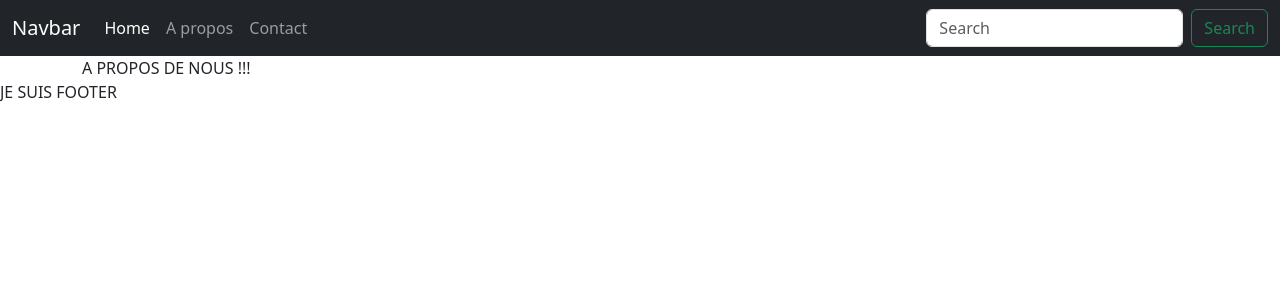
Repository: fabiocodedev/ExoJ2E
Page: http://localhost/j2e/vue/about.jsp
The author's editor kept a copy of each file at every save. The page is drawn from the files as they stood at one save, then again after the next save.
The browser window is 1280 px wide. The pictures show the whole page.
The page is served by Tomcat 9. Other server files are loaded and not shown.

Above is the page before, as saved 2023-03-07 10:01:47.

### j2e/src/main/webapp/vue/about.jsp
<%@ taglib uri="http://java.sun.com/jsp/jstl/core" prefix="c"%>
<%-- <c:import url="resume.jsp"></c:import>
<c:out value="${x }"></c:out> --%>
<c:import url="navbar/header.jsp"></c:import>

<div class="container">

	A PROPOS DE NOUS !!!

</div>

<c:import url="navbar/footer.jsp"></c:import>

### j2e/src/main/webapp/vue/navbar/header.jsp
<%@ page language="java" contentType="text/html; charset=UTF-8"
    pageEncoding="UTF-8"%>

<%@ taglib uri="http://java.sun.com/jsp/jstl/core" prefix="c"%>

<!DOCTYPE html>
<html>
<head>
<meta charset="UTF-8">
<title>Homepage</title>
<link href="https://cdn.jsdelivr.net/npm/bootstrap@5.3.0-alpha1/dist/css/bootstrap.min.css" rel="stylesheet" integrity="sha384-GLhlTQ8iRABdZLl6O3oVMWSktQOp6b7In1Zl3/Jr59b6EGGoI1aFkw7cmDA6j6gD" crossorigin="anonymous">
</head>
<body>


<nav class="navbar navbar-dark navbar-expand-lg bg-dark ">
  <div class="container-fluid">
    <a class="navbar-brand" aria-current="/" href="home">Navbar</a>
    <button class="navbar-toggler" type="button" data-bs-toggle="collapse" data-bs-target="#navbarSupportedContent" aria-controls="navbarSupportedContent" aria-expanded="false" aria-label="Toggle navigation">
      <span class="navbar-toggler-icon"></span>
    </button>
    <div class="collapse navbar-collapse" id="navbarSupportedContent">
      <ul class="navbar-nav me-auto mb-2 mb-lg-0">
        <li class="nav-item">
          <a class="nav-link active" aria-current="/" href="home">Home</a>
        </li>
        <li class="nav-item">
          <a class="nav-link" href="about">A propos</a>
        </li>
        <li class="nav-item">
          <a class="nav-link" href="contact">Contact</a>
        </li>
      </ul>
      <form class="d-flex" role="search">
        <input class="form-control me-2" type="search" placeholder="Search" aria-label="Search">
        <button class="btn btn-outline-success" type="submit">Search</button>
      </form>
    </div>
  </div>
</nav>

### j2e/src/main/webapp/vue/navbar/footer.jsp
JE SUIS FOOTER

</body>
</html>

After the next save:
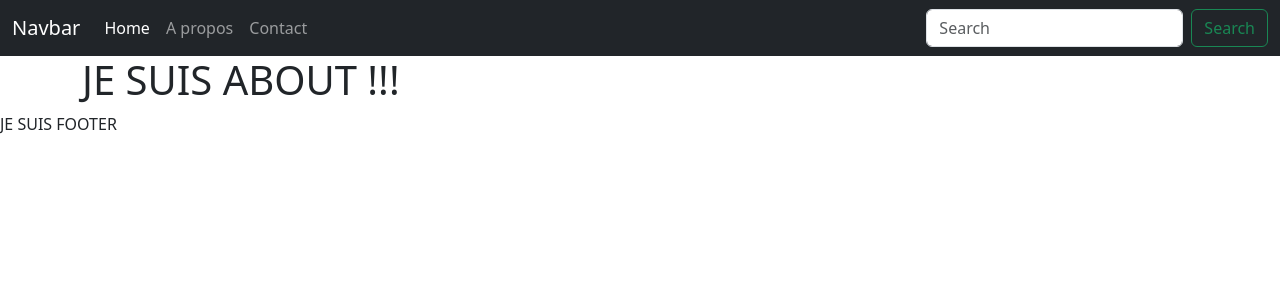
Saved 2 min 27 s later.
--- a/j2e/src/main/webapp/vue/about.jsp
+++ b/j2e/src/main/webapp/vue/about.jsp
@@ -5,7 +5,7 @@
 
 <div class="container">
 
-	A PROPOS DE NOUS !!!
+	<h1>JE SUIS ABOUT !!!</h1>
 
 </div>
 
